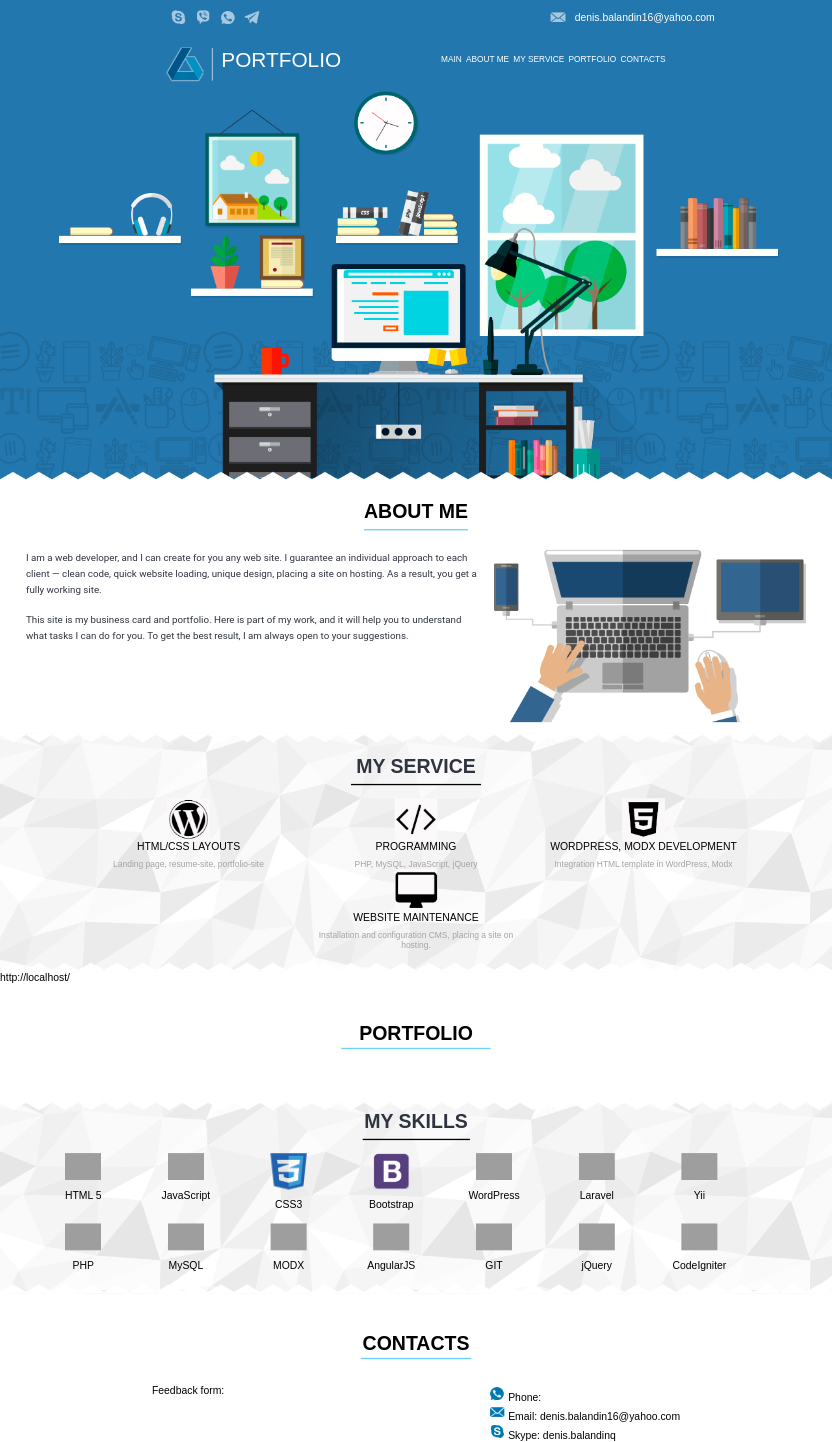
Repository: DenisBalandin/Portfolio
Page: /
An editor plug-in stored every save of this project. The page is shown before and after a run of saves, followed by the edit.
The browser window is 1280 px wide. The pictures show the whole page, at 65% of full size.
Pictures or frames that could not be fetched are drawn as grey boxes. The page's requests for data from a server got no answer. The project was rebuilt for these pictures with package versions that can differ from the ones it lists, and the page was loaded fresh each time. No one was signed in, and anything a server would have sent is missing. Also part of the build but not shown: src/ItemPage.js.

Above is the page before, as saved 2020-03-06 18:49:02.

### src/App.js
import React from 'react';
import './style.scss';
import ItemPage from './ItemPage';
import Home from './Home';
import Header from './Header';


import {BrowserRouter as Router,Route, Link} from 'react-router-dom';

function App(){
  return (
    <Router>
      <Header/>
      <Route exact path="/pageitem" component={ItemPage} />

      <Route exact path="/pageitem/:itemid" component={ItemPage} />
      <Route exact path="/" component={Home} />
    </Router>
  );
}

export default App;

### src/style.scss
*{padding: 0; margin: 0;}
body{font-family: Arial; min-width: 500px; }
a{text-decoration: none; color: #FFFFFF; text-decoration: none;}
li{list-style: none;}



/* Heder */
#first_page_bg{
    width:100%;
    height: 70%;
    background: #2277ae;
    header{
        width: 60%;
        margin: 0 auto 0 auto;
        .up_menu_links{
            display: flex;
            justify-content: space-between;
           padding: 2% 0 0 0;
            .social_link{
                width: 30%;
                a{
                    margin: 0 3% 0 3%;
                }
            }
            .email_heder{
                width: 23%;
                span{
                    position: absolute;
                    margin: 0.2% 0 0 1%;
                }
            }
        }

        menu{
            margin: 30px 0 20px 0;
            display: flex;
           justify-content: space-between;
            .logo{
                width: 35%;
                display: flex;
                img{
                    width: 100%;
                }
                .company_name{
                    margin: 0.3% 0 0 5%;
                    height: 90%;
                    padding: 0 0 0 5%;
                    border-left: #FFFFFF 1px solid;
                    font-size: 2.5vw;
                    vertical-align: middle;
                    text-align:center;
                }
            }
            .menu_heder{
                padding: 1.2% 0 0 0;
                width: 45%;
                display: flex;
                justify-content: space-between;
                font-size: 1vw;
            }


        }
    }

}





// .menu div{ margin: -1px 5px 0 5px; color:#ffffff; font-size: 17px;  display: flex;
//     flex-direction:row;
//     flex-wrap: wrap;
//     justify-content: center;}
// .menu div a{color:#ffffff; font-size: 20px;}
/*Top menu end*/
/*Heder end*/

/*Page*/
#first_page_bg_single{ width: 100%; height: 195px; background: #2277ae; padding:0px 0 0 0; overflow: hidden;}
.bg_page_insaide_page{width: 100%; background: url("img/pattop1.png") repeat-x; height: 230px; position: relative; z-index:5;}
.deltatop_page_page{width: 100%; background: url("img/deltatop.png") repeat-x; height: 14px; position: relative; z-index: 20; margin: -13px 0 0 0;}
#content_page{
    max-width: 1200px;
    margin: 30px auto 0px auto;
    display: flex;
    flex-wrap: wrap;
    flex-direction: row;
    justify-content: space-around;
}
.content_pageh1{
    font-size: 30px;
    text-transform: uppercase;
    text-align: center;
    font-weight: bold;
    position: relative;
    margin-bottom: 30px;
    color:#303440;
    text-decoration: underline;
    padding: 40px 0 10px 0;
}
#content_page img{
    width: 100%;
    height: auto;
}
/*Page end*/
.order_site{float: right; margin: 15px 0 0 20px; width: 178px; height: 30px; border: 1px solid #6ca6cd; text-align: center; color: #ffffff; padding: 10px 0 0 0; font-size: 14px; box-shadow: 9px 8px 4px -7px #2277ae; }
.order_site:hover{background: #0298cc; cursor: pointer;}
.company_name{
    color: #ffffff;
    font-size: 45px;
    margin: -10px 0 0 15px;
}
.company_name a{color: #FFFFFF;}
.company_name a:hover{color: #FFFFFF; text-decoration: none;}
.logo_border{
    width: 1px; height: 50px; background: #FFFFFF; margin: 0 10px 0 25px;
}
.content_description{
    max-width: 750px;
    height: 60px;
    float: left;
    font-size: 14px;
    color: #303440;
    margin: 0 0px 0 0;
}
.tools{ font-size: 15px; color: #303440; padding: 0 0 0 0px; }
.content_link{font-size: 15px; color: #303440; margin:0px 0 20px 0;}
.content_link a{color: #303440; text-decoration: underline;}
.content_link a:hover{text-decoration: none;}
.content_text{
    width: 80%;
    background: #fff;
    border: 1px solid #59759b;
    overflow: hidden;
    margin: 0 auto 0 auto;
}
.content_text img{
    width: 100%!important;
    height: 50%!important;
}
.web_line{ background:url("img/web_line.jpg")no-repeat;  display: inline-block; height: 69px; max-width: 1150px; margin: 0 0 -5px 0; border-right: 1px solid #59759b; border-left: 1px solid #59759b; border-top: 1px solid #59759b;}
.content_url{float: left; margin: 40px 0 0 160px;}
.content_url a{color: #585353;}
/*Links end*/
.flex-container {
    display: flex;
    flex-direction:  row-reverse;
}
/*Top Menu*/
.heder_menu{
    display: flex;
}
.top_menu{
    margin: 20px 0;
    display: flex;
    flex-direction:row;
}
/*Page bg*/
.page_bg{
    margin: -10px auto 0 auto;
}
.bg_page_insaide{width: 100%; background: url("img/pattop.png") repeat-x;  position: relative; z-index:5; background-position: bottom;
    display: flex;
    flex-direction: column;
}
.bg_page_insaide_single{width: 100%; margin: 15px 0 0 0; background: url("img/pattop.png") repeat-x; height: 130px; position: relative; z-index:5;}
.deltatop_page{width: 100%; background: url("img/deltatop.png") repeat-x; height: 14px; position: relative; z-index: 20; margin: -14px 0 0 0;}
/*Page bg end*/

/*About me*/
#about_me{
    max-width: 1200px;
    margin:  30px auto 70px auto;
}
#about_me h1{
    font-size: 30px;
    text-transform: uppercase;
    margin: 0 auto 30px auto;
    font-weight: bold;
    position: relative;
    border-bottom: 2px solid #6dcff6;
    width: 160px;
    padding: 0 0 10px 0;
}
#about_me p{    box-sizing: border-box;
    font: 15px "Roboto";
    line-height: 25px;
    color: #303440; margin: 20px 0 13px 0;}
#about_me img{
    padding: 0 0 0 20px;
    margin: 0 0 20px 0;
}
/*About me end*/

/*My Service*/
#my_service_bg{
    height: 100%;
    background: url("img/bgdelta.png") repeat-x;
}
.my_service_line_top{
    width: 100%;
    height: 14px;
    background: url("img/deltabottom.png") repeat-x;
}
.my_service_line_bottom{
    width: 100%;
    height: 14px;
    background: url("img/deltatop.png") repeat-x;
}
#my_service{
    max-width: 1500px;
    margin: 0px auto 20px auto;
    display: flex;
    flex-direction:row;
    flex-wrap: wrap;
    justify-content: center;

}
#my_service_bg h3{
    font-size: 30px;
    text-transform: uppercase;
    font-weight: bold;
    color: #303440;
    width: 200px;
    text-align: center;
    margin: 20px auto 20px auto;
    border-bottom: 2px #000000 solid;
    padding: 0 0 10px 0;
}
#my_service div{
    display: flex;
    flex-direction:column;
    flex-wrap: wrap;
    justify-content: center;
}
#my_service div img{
    margin:  0 auto 0 auto;
}
.text_1{
    text-align: center;
    padding: 0 25px 0 25px;
    font-size: 1em;
}
.text_2{
    text-align: center;
    padding: 0 25px 0 25px;
    color:#a4a4a4;
    font-size: 5em;
    width: 300px;
}
/*My service end*/

/*Portfolio*/
#portfolio{
    max-width: 1200px;
    margin: 0 auto 40px auto;
    display: flex;
    flex-direction:row;
    flex-wrap: wrap;
    justify-content: center;
}
.portfolioh3{
    font-size: 30px;
    text-transform: uppercase;
    text-align: center;
    font-weight: bold;
    position: relative;
    border-bottom: 2px solid #6dcff6;
    width: 230px;
    margin: 60px auto 40px auto;
    padding: 0 0 5px 0;
}
#portfolio .portfolioblock{
    border: 1px solid #bfd2e1;
    width: 368px;
    margin: 10px;
    box-shadow: 5px 5px 4px -5px #000000;
}
#portfolio div img{
    margin: -12px 0 0px 0;
    display: inline-block;
}
.p_name{
    background:#2d7eb2;
    text-align: center;
    height: 40px;
    opacity: 0.8;
    padding: 2px 20px;
    margin: 0 auto 0 auto;
}
.p_name a{
    font-size: 20px;
    color: #ffffff;
}
.p_name:hover{
    text-decoration: none;
}
/*Portfolio end*/

/*Content blog*/
#content_blog{ max-width: 1200px;  margin: 0 auto 40px auto; min-height: 300px;}
/*Content blog end*/



/*I used*/
#my_skils_bg{
    width: 100%;
    height: 100%;
    background: url("img/bgdelta.png") repeat-x;
    margin: 0 0 40px 0;
}
.my_skils_line_top{
    width: 100%;
    height: 14px;
    background: url("img/deltabottom.png") repeat-x;
}
.my_skils_line_bottom{
    width: 100%;
    height: 14px;
    background: url("img/deltatop.png") repeat-x;
}
#my_skils{
    max-width: 1200px;
    margin: 10px auto 0px auto;
    display: flex;
    flex-direction:row;
    flex-wrap: wrap;
}
#my_skils div img{}
.my_skillsh3{
    font-size: 30px;
    text-transform: uppercase;
    font-weight: bold;
    color: #303440;
    width: 165px;
    text-align: center;
    margin: 0 auto 20px auto;
    border-bottom: 2px #000000 solid;
    padding: 0 0 10px 0;
}
#my_skils div{ width: 140px; text-align: center; margin: 0 0 20px 18px;}
#my_skils div img{margin: 0 0 10px 0; width:40%;}
.about_me_img{}
.text_1{ text-align: center;}
.text_2{ text-align: center; margin: 10px 0 0 0; color:#a4a4a4; font-size: 13px;}
/*I used end*/

/*Portfolio*/
.contactsh3{
    font-size: 30px;
    text-transform: uppercase;
    text-align: center;
    font-weight: bold;
    position: relative;
    border-bottom: 2px solid #6dcff6;
    width: 170px;
    margin: 60px auto 40px auto;
    padding: 0 0 5px 0;
}
#contacts{
    max-width: 1200px;
    margin: 0 auto 0px auto;
    display: flex;
    flex-direction:row;
    flex-wrap: wrap;
    justify-content: space-around;
}
.formcont{ margin: 0 20px 0 0;}
.formcont input{border: 1px solid #dddddd; margin: 10px 0 10px 0; width: 250px; height: 30px; color: #666666; padding: 0 0 0 10px;}
.formcont textarea{border: 1px solid #dddddd; margin: 10px 0 10px 0; width: 410px; height: 70px; color: #666666; padding: 15px 0 0 10px;}
.formcont button{ background:#0298cc; height: 40px; width: 180px; color: #ffffff; font-size: 18px; border: 1px solid #6ca6cd; cursor: pointer;}
.formcont button:hover{ background:#2277ae;}
/*Portfolio end*/

/*Footer*/
#footer_bg{background: #2277ae; width: 100%; height: 100px; margin: 50px 0 0 0; }
#footer{max-width: 1200px;  margin: 10px auto 0px auto; height: 50px;}
.copyright{ color: #ffffff; margin: 25px 0 0 10px;}
.footermenu{ margin: 25px 0 0 0;}
.footermenu li{float: left; font-size: 14px; margin: 0 10px 0 10px; color: #ffffff; border-bottom: 1px solid #ffffff;}
.footermenu li:hover{border-bottom: 1px solid #2277ae;}
/*footer end*/


@media all and (max-width: 900px) {
    #my_service div img {
        width: 0%;
    }

    #about_me p img {
        width: 0%;
    }

    #my_skils div img {
        width: 0% !important;
    }

    #my_skils{
        justify-content: space-around!important;
    }
    #my_skils div{
        margin: 0 !important;
    }
    .top_menu{
        display: none!important;
    }
    .menu{
        margin: 10px 0 40px 0!important;
        justify-content: space-around !important;
    }
    #about_me p{
        padding: 0 30px 0 30px!important;
    }
}

### src/Home.js
import React,{Component} from 'react';
import AboutMe from './AboutMe';
import MyService from './MyService';
import MySkills from './MySkills';
import Contacts from './Contacts';
import Portfolio from './Portfolio';
import {BrowserRouter as Router,Route, Link} from 'react-router-dom';


class Home extends Component{
    render(){
        return(
            <div>
                <Router>
                    <AboutMe/>
                    <MyService/>
                    <Portfolio/>
                    <MySkills/>
                    <Contacts/>
                </Router>
            </div>
        );
    }
}
export default Home;

### src/Header.js
import React from 'react';
import skype from './img/skype_icon.jpg';
import viber from './img/viber_icon.jpg';
import whatsap from './img/whatsap.jpg';
import telegram from './img/telegram.jpg';
import email from './img/email.jpg';
import logo from './img/logo.png';
import background from './img/background.png';


function Header(){
    return(
        <div id="first_page_bg" >
        {/* <!--Links--> */}
            <header>
            <div className="up_menu_links">
                <div className="social_link">
                    <a href="#"><img src={skype}/></a>
                    <a href="#"><img src={viber}/></a>
                    <a href="#"><img src={whatsap}/></a>
                    <a href="#"><img src={telegram}/></a>
                </div>
                <div className="email_heder">
                    <a href="#">
                        <img src={email}/>
                        <span>denis.balandin16@yahoo.com</span>
                    </a>
                </div>
            </div>
            {/* <!--Links end--> */}
            {/* <!--Menu--> */}
            <menu>
                <div className="logo">
                    <div>
                        <a href="/">
                        <img src={logo} />
                        </a>
                    </div>
                    <div className="company_name">
                        <a href="/">PORTFOLIO</a>
                    </div>
                </div>




                <div className="menu_heder">
                    <div>
                        <a href="/">MAIN</a>
                    </div>
                    <div>
                        <a href="#about_me">ABOUT ME</a>
                    </div>
                    <div>
                        <a href="#my_service">MY SERVICE</a>
                    </div>
                    <div>
                        <a href="#portfolio">PORTFOLIO</a>
                    </div>
                    <div>
                        <a href="#contacts">CONTACTS</a>
                    </div>
                </div>
            </menu>
            {/* <!--Menu end--> */}
        </header>
        <div className="bg_page_insaide">
            <div className="page_bg">
                <img src={background} width="100%" />
            </div>
        </div>
        <div className="deltatop_page"></div>
    </div>
    );
}
export default Header;

### src/AboutMe.js
import React from 'react';
import aboutme from './img/aboutme.png';

function AboutMe(){
    return(
        <div id="about_me">
            <h1>ABOUT ME</h1>
            <p>
                <img className="about_me_img" align="right" src={aboutme} width="40%"/>
                I am a web developer, and I can create for you any web site. I guarantee an individual approach to each client — clean code, quick website loading, unique design, placing a site on hosting. As a result, you get a fully working site.
            </p>
            <p>
                This site is my business card and portfolio. Here is part of my work, and it will help you to understand what tasks I can do for you. To get the best result, I am always open to your suggestions.
            </p>
            <br/><br/><br/>
        </div>
    );
}
export default AboutMe;

### src/MyService.js
import React from 'react';
import wordpress from './img/wordpress_icon.jpg';
import teg from './img/teg.jpg';
import html5 from './img/hml5_icon.jpg';
import monitor from './img/monitor.jpg';

function MyService(){
    return(
        <div id="my_service_bg">
        <div className="my_service_line_top"></div>
          <h3>MY SERVICE</h3>
        <div id="my_service">
            <div>
              <img src={wordpress} />
              <div className="text_1">HTML/CSS LAYOUTS</div>
              <div className="text_2">Landing page, resume-site, portfolio-site</div>
            </div>
            <div>
              <img  src={teg} />
              <div className="text_1">PROGRAMMING</div>
              <div className="text_2">PHP, MySQL, JavaScript, jQuery</div>
            </div>
            <div>
              <img src={html5}/>
              <div className="text_1">WORDPRESS, MODX DEVELOPMENT</div>
              <div className="text_2">Integration HTML template in WordPress, Modx</div>
            </div>
            <div>
              <img src={monitor}/>
              <div className="text_1">WEBSITE MAINTENANCE</div>
              <div className="text_2">Installation and configuration CMS, placing a site on hosting.</div>
            </div>
        </div>
        <div className="my_service_line_bottom"></div>
      </div>
    );
}
export default MyService;

### src/MySkills.js
import React from 'react';
import css3 from './img/css3.png';
import bootstrap from './img/bootstrap.png';

function MySkills(){
    return(
        <div id="my_skils_bg">
            <div className="my_skils_line_top"></div>
            <h3 className="my_skillsh3">My Skills</h3>
            <div id="my_skils">
                <div>
                    <img src="<?php bloginfo('template_directory'); ?>/img/html5.png" />
                    <p>HTML 5</p>
                </div>
                <div>
                    <img src="<?php bloginfo('template_directory'); ?>/img/js.png"/>
                    <p>JavaScript</p>
                </div>
                <div><img src={css3}/> <p>CSS3</p></div>
                <div><img src={bootstrap}/><p>Bootstrap</p></div>
                <div><img src="<?php bloginfo('template_directory'); ?>/img/wordpress.png"/><p>WordPress</p></div>
                <div><img src="<?php bloginfo('template_directory'); ?>/img/laravel.png"/><p>Laravel</p></div>
                <div><img src="<?php bloginfo('template_directory'); ?>/img/yii.png"/><p>Yii</p></div>
                <div><img src="<?php bloginfo('template_directory'); ?>/img/php.png"/><p>PHP</p></div>
                <div><img src="<?php bloginfo('template_directory'); ?>/img/mysql.png"/><p>MySQL</p></div>
                <div><img src="<?php bloginfo('template_directory'); ?>/img/modx.png"/><p>MODX</p></div>
                <div><img src="<?php bloginfo('template_directory'); ?>/img/angular.png"/><p>AngularJS</p></div>
                <div><img src="<?php bloginfo('template_directory'); ?>/img/git.png"/><p>GIT</p></div>
                <div><img src="<?php bloginfo('template_directory'); ?>/img/jquery.png"/><p>jQuery</p></div>
                <div><img src="<?php bloginfo('template_directory'); ?>/img/codeigniter.png"/><p>CodeIgniter</p></div>
            </div>
            <div className="my_service_line_bottom"></div>
        </div>
    );
}
export default MySkills;

### src/Contacts.js
import React from 'react';
import skype_cont from './img/skype_cont.jpg';
import mail_cont from './img/mail_cont.jpg';
import phone_cont from './img/phone_cont.png';

function Contacts(){
    return(
        <>
            <h3 className="contactsh3">CONTACTS</h3>
            <div id="contacts">
                <div className="formcont">
                    <p>Feedback form:</p>

                </div>
                <div className="contacts">
                    <div>
                    <img src={phone_cont}/> <span>Phone:</span>
                    </div>
                    <div>
                    <img src={mail_cont}/> <span>Email: denis.balandin16@yahoo.com  </span>
                    </div>
                    <div>
                    <img src={skype_cont}/> <span>Skype: denis.balandinq </span>
                    </div>
                </div>
            </div>
        </>
    );
}
export default Contacts;

### src/Portfolio.js
import React,{Component} from 'react';
import portfolioicon from './img/portfolioicon.jpg';
import { db } from "./firebase";
import ReactHtmlParser, { processNodes, convertNodeToElement, htmlparser2 } from 'react-html-parser';
import {BrowserRouter as Router,Route, Link} from 'react-router-dom';

class Portfolio extends Component{
    constructor(props){
        super(props);
        this.state = {
            pages:[]
        }
    }
    componentDidMount(){
        this.getFetch();
    }
    getFetch = () => {
        // db.collection("messages")
        // .get()
        // .then(querySnapshot => {
        //     let fullArray = [];
        //     const data = querySnapshot.docs.map(doc => doc.data());
        //     for(var int = 0; int < data.length; int++){
        //         fullArray[int] = {
        //             name: data[int].name,
        //             date:data[int].date,
        //             check:data[int].check,
        //             id: querySnapshot.docs[int].id,
        //         }
        //     }
        //     this.setState({ users: fullArray });
        // });
        fetch('http://testwoo/wp-json/wp/v2/posts')
        .then(response => response.json())
        .then(
            result => this.setState({
                pages:result
            })
        );
    }

    render(){
       return(
           <>
           {window.location.href}
            {/* <Route exact path="/"  component={Home}/> */}
            <h3 className="portfolioh3">PORTFOLIO</h3>
            <div id="portfolio">
                {this.state.pages.map((page, index)=>
                    <div className="portfolioblock">
                        {/* <Link to={`/pageitem/${page.id}`}>
                            <img src={portfolioicon}  width="368"/>
                            { ReactHtmlParser(page.excerpt.rendered)}
                        </Link>
                        <div className="p_name">
                            <a href="/pexuniverse/">{page.title.rendered}</a>
                        </div> */}
                    </div>
                )}


            </div>
        </>
       );
   }
}
export default Portfolio;

### src/firebase.js
import firebase from 'firebase';

const firebaseApp = firebase.initializeApp({
    apiKey: "AIzaSyBH21wpMVzXC2kYGnD8x1tI6ru-zdWNAqs",
    authDomain: "test-4ba23.firebaseapp.com",
    databaseURL: "https://test-4ba23.firebaseio.com",
    projectId: "test-4ba23",
    storageBucket: "test-4ba23.appspot.com",
    messagingSenderId: "597606478464",
    appId: "1:597606478464:web:6e48455407186638df2c65",
    measurementId: "G-NDR2C185V9"
});

const db = firebaseApp.firestore();

export {db};

Loaded but not shown: public/index.html (common file); src/index.js (common file); src/index.css (common file); src/serviceWorker.js (common file)

After the next 2 saves:
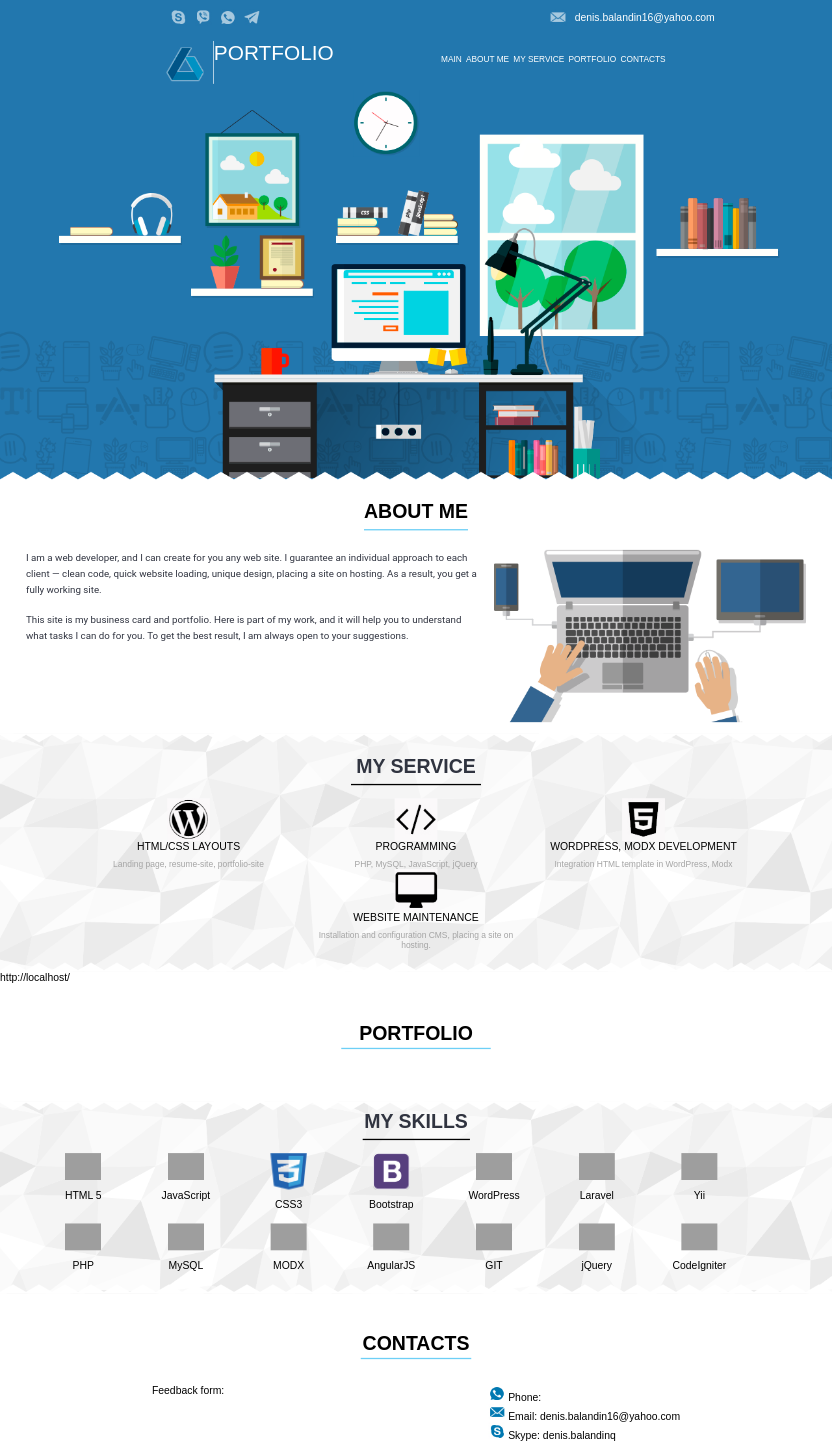
The 2 saves are shown as one change because they came seconds apart.
The last was saved 95 s later.
--- a/src/style.scss
+++ b/src/style.scss
@@ -43,9 +43,9 @@
                     width: 100%;
                 }
                 .company_name{
-                    margin: 0.3% 0 0 5%;
-                    height: 90%;
-                    padding: 0 0 0 5%;
+                    // margin: 0.3% 0 0 5%;
+                    // height: 90%;
+                    // padding: 0 0 0 5%;
                     border-left: #FFFFFF 1px solid;
                     font-size: 2.5vw;
                     vertical-align: middle;
